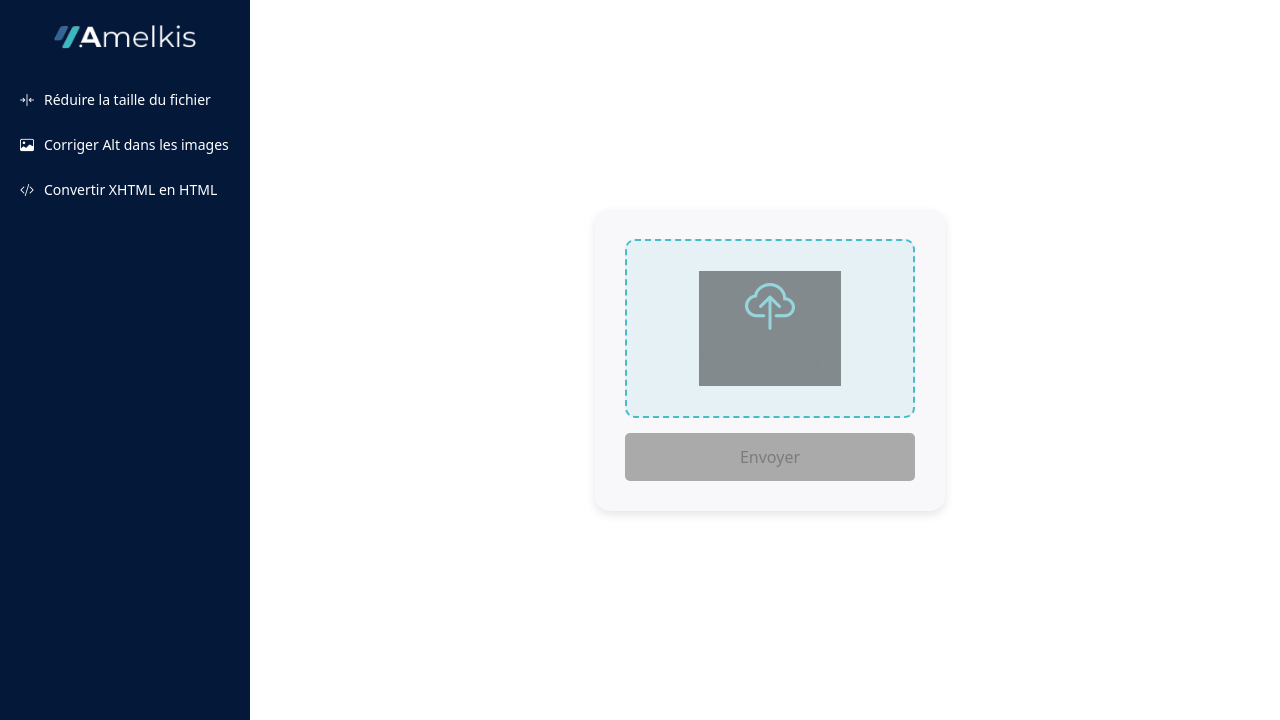
Repository: NorelhoudaB/extra
Page: /reduire (app in frontend/)
The author's editor kept a copy of each file at every save. The page is drawn from the files as they stood at one save, then again after the next save.
The browser window is 1280 px wide. The pictures show the whole page.
The project was rebuilt for these pictures with package versions that can differ from the ones it lists, and the page was loaded fresh each time. Also part of the build but not shown: frontend/vite.config.ts.

Above is the page before, as saved 2025-03-14 12:32:07.

After the next save:
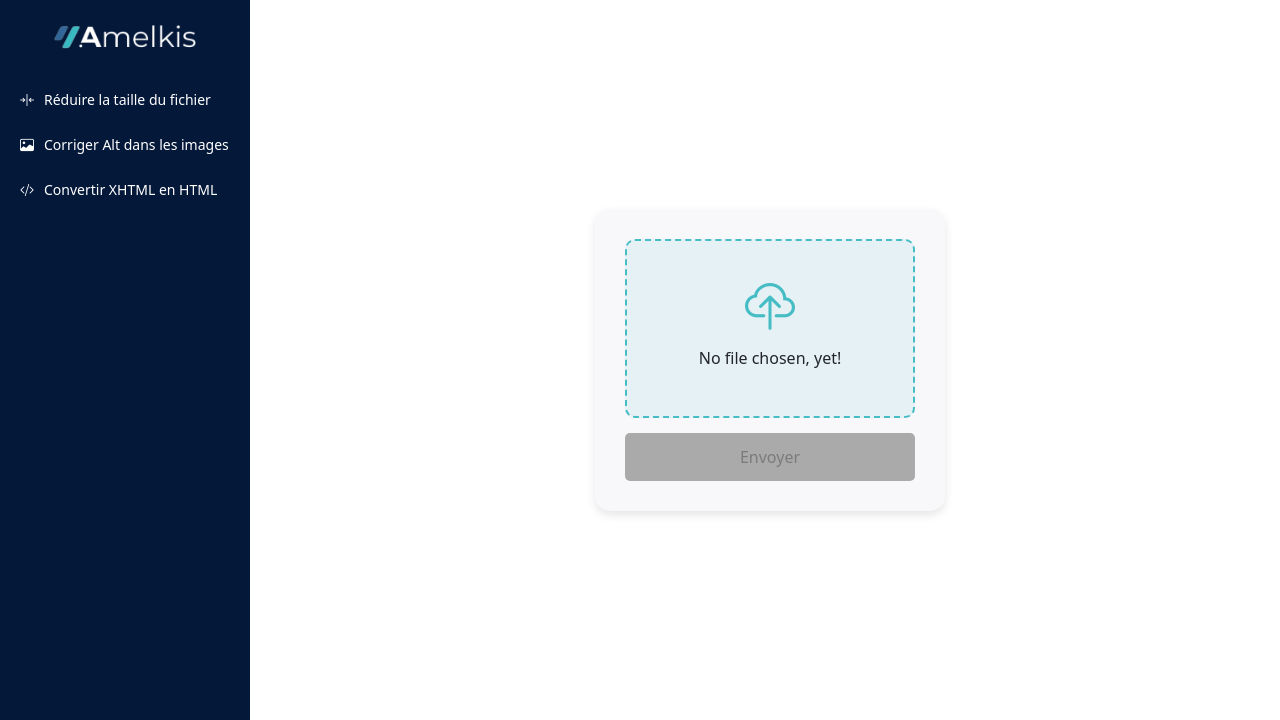
Saved 56 s later.
--- a/frontend/src/components/FileUpload.vue
+++ b/frontend/src/components/FileUpload.vue
@@ -2,7 +2,7 @@
   <div class="upload-container" @dragover.prevent @drop="handleDrop">
     <input type="file" id="file-upload" @change="handleFileChange" hidden />
     <label for="file-upload" class="upload-box">
-      <div v-if="!selectedFile" class="placeholder">
+      <div v-if="!selectedFile" >
         <i class="bi bi-cloud-upload upload-icon"></i>
         <p>No file chosen, yet!</p>
       </div>
